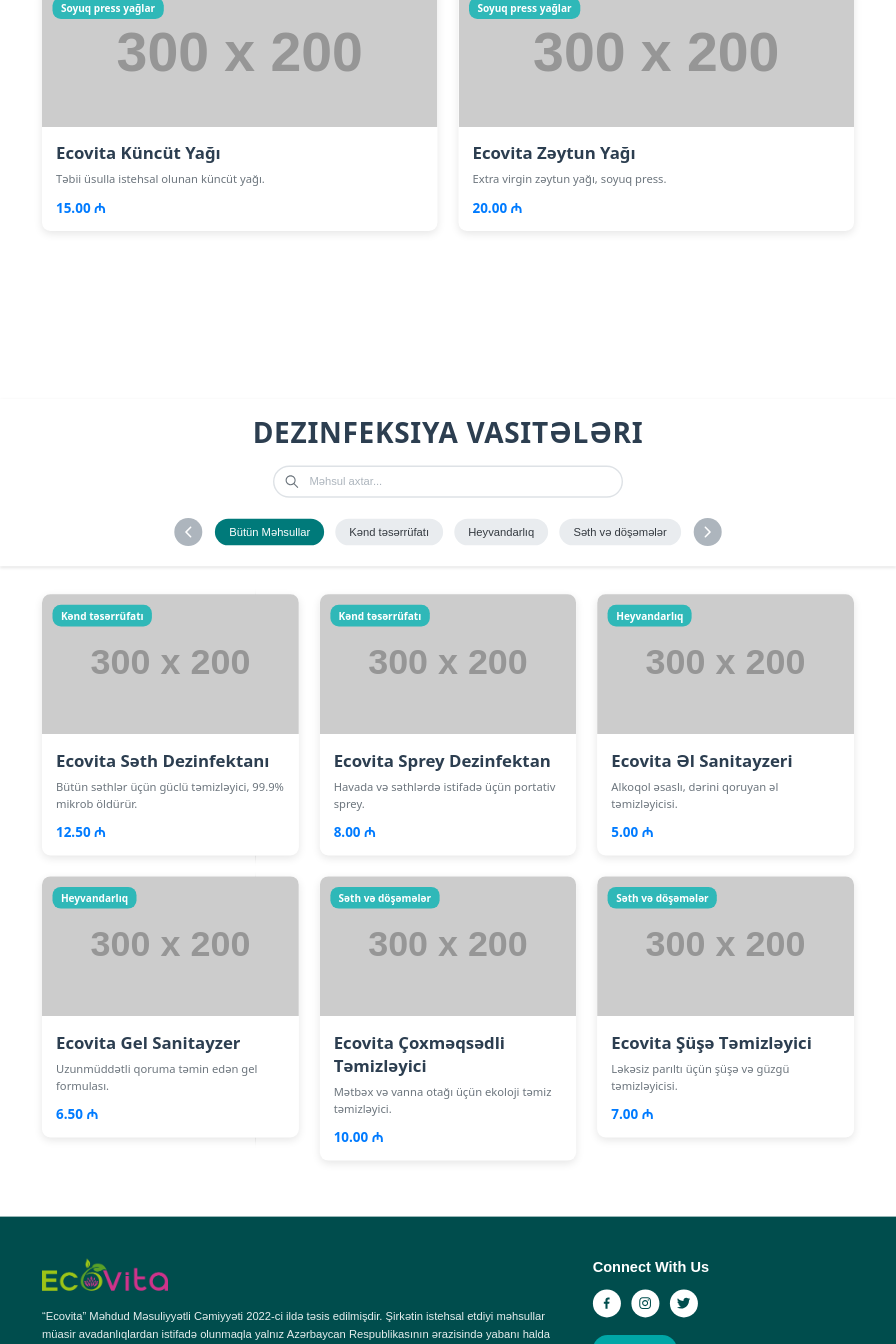
Repository: ferhadsultan98/ecovita
Page: /
An editor plug-in stored every save of this project. The page is shown before and after the next save, followed by the edit.
The browser window is 1280 px wide. The pictures show the part of the page from y = 2010 to 3930 px (the page is 4209 px tall), at 70% of full size.
The project was rebuilt for these pictures with package versions that can differ from the ones it lists, and the page was loaded fresh each time. Also part of the build but not shown: vite.config.js.

Above is the page before, as saved 2025-05-06 11:51:16.

After the next save:
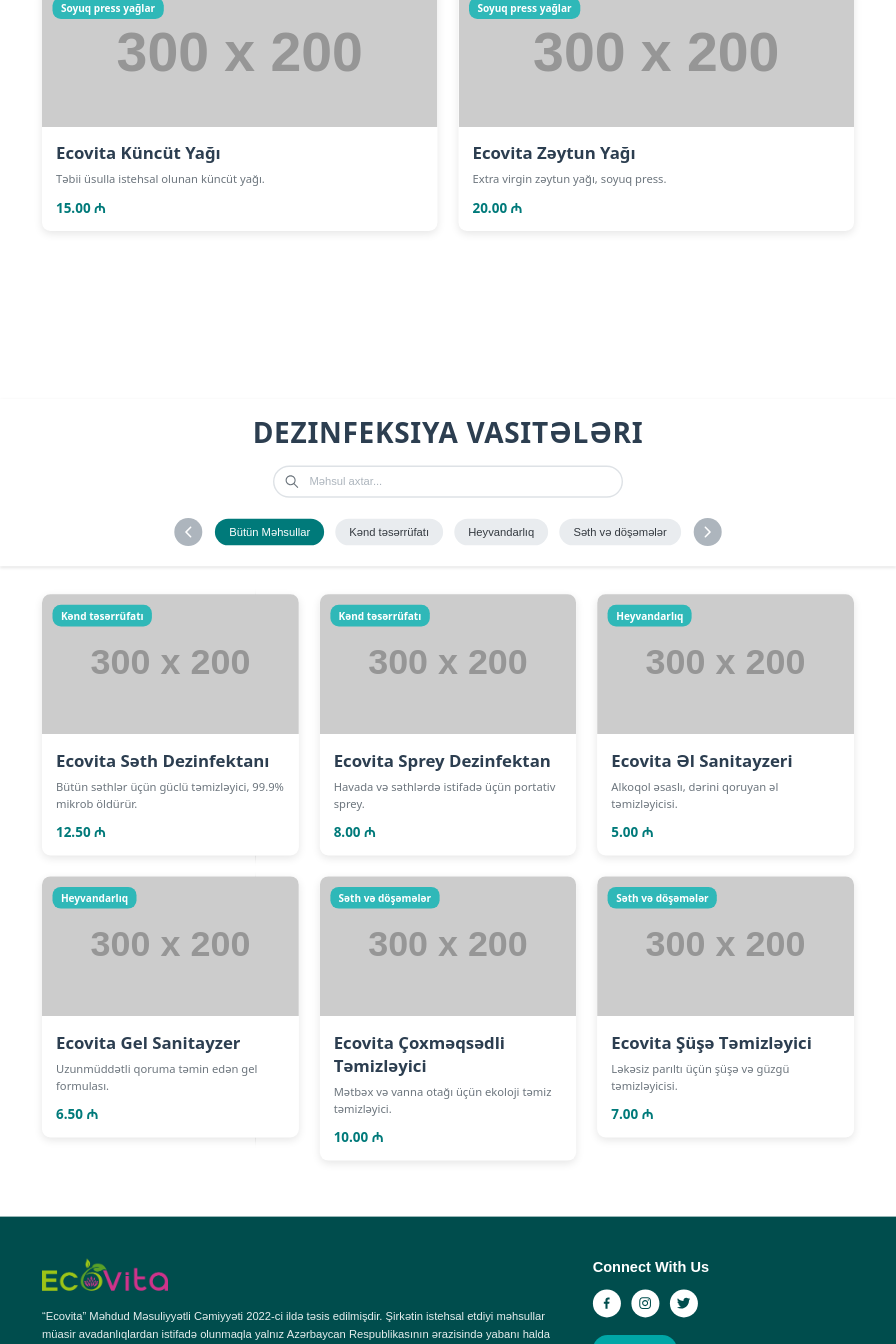
Saved 5 s later.
--- a/src/Pages/MenuSection/MenuSection.scss
+++ b/src/Pages/MenuSection/MenuSection.scss
@@ -267,7 +267,7 @@
               .menu-item-price {
                 font-size: 1.2rem;
                 font-weight: 700;
-                color: #007bff;
+                color: #007a7a;
               }
             }
           }
